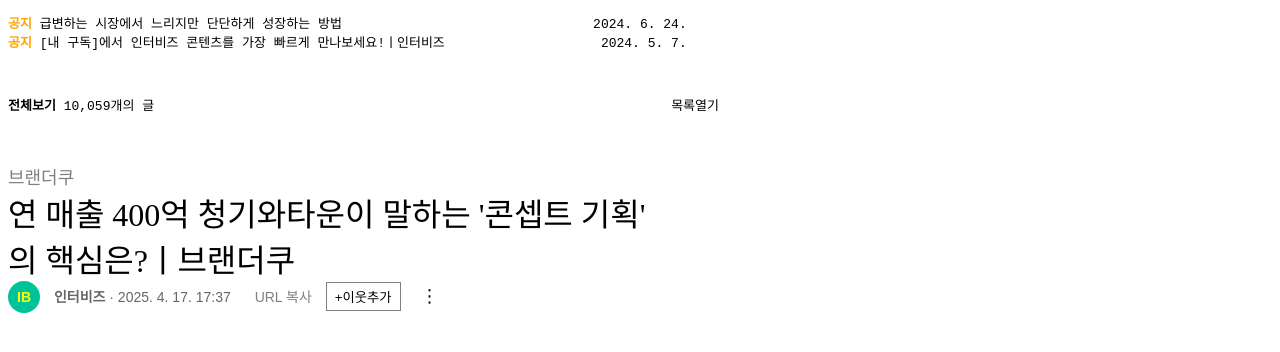
Repository: msgggg1/webPro
Page: webPro/src/main/webapp/html/days02/ex11.html
These files come from the project's save history. The page is drawn as it stood at one moment and after the next save; the edit follows.
The browser window is 1280 px wide. The pictures show the whole page.

Above is the page before, as saved 2025-04-22 15:16:44.

After the next save:
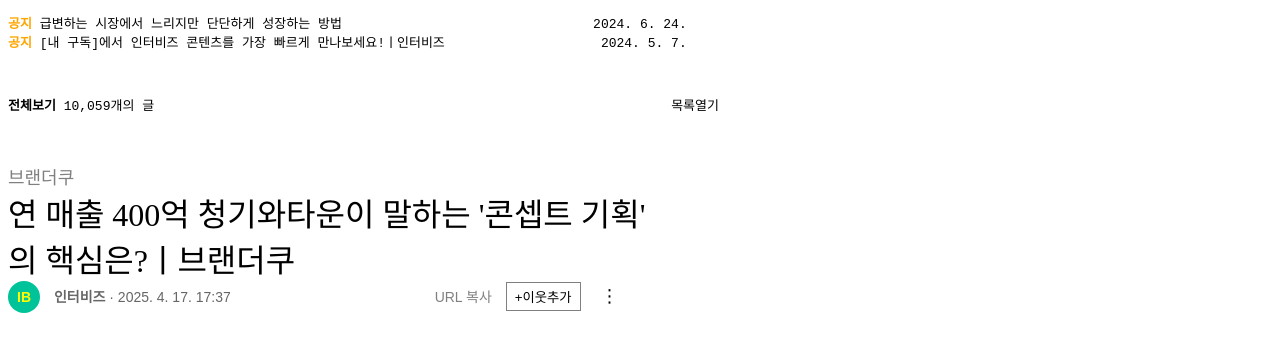
Saved 12 s later.
--- a/webPro/src/main/webapp/html/days02/ex11.html
+++ b/webPro/src/main/webapp/html/days02/ex11.html
@@ -50,7 +50,7 @@
   <b>인터비즈</b> · 2025. 4. 17. 17:37
 </span>
 
-<a href="#" style="margin-left: 20px; color: gray; text-decoration: none;">URL 복사</a>
+<a href="#" style="margin-left: 200px; color: gray; text-decoration: none;">URL 복사</a>
 
 <button style="margin-left: 10px; border: 1px solid gray; padding: 4px 8px; background: white; cursor: pointer;">
   +이웃추가
